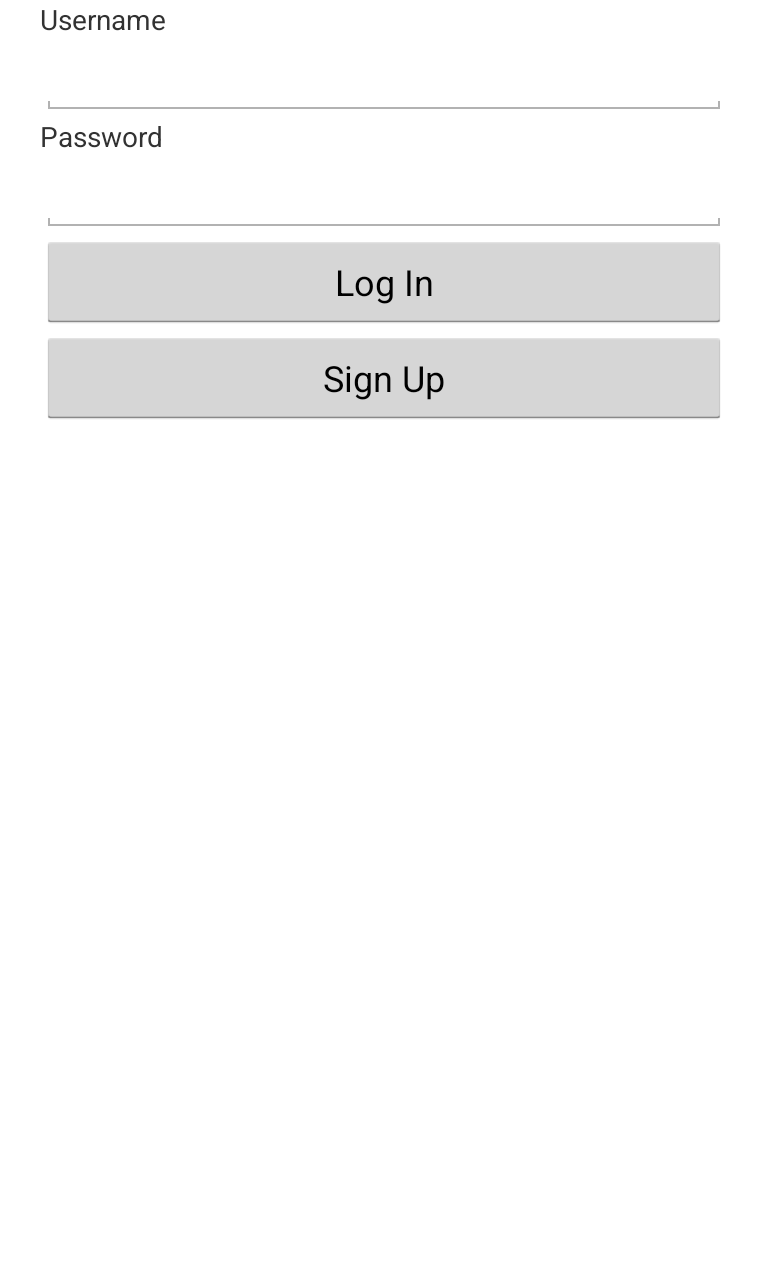
Repository: efreestone/CPM_Freestone
Layout: Project1Android/res/layout/activity_login.xml
The author's editor kept a copy of each file at every save. The layout is drawn from the files as they stood at one save, then again after the next save.
It is drawn on a 768 x 1280 px phone screen (xhdpi) without system bars, with theme AppTheme; the app's code is not run.

Above is the layout before, as saved 2014-10-02 00:58:37.

After the next save:
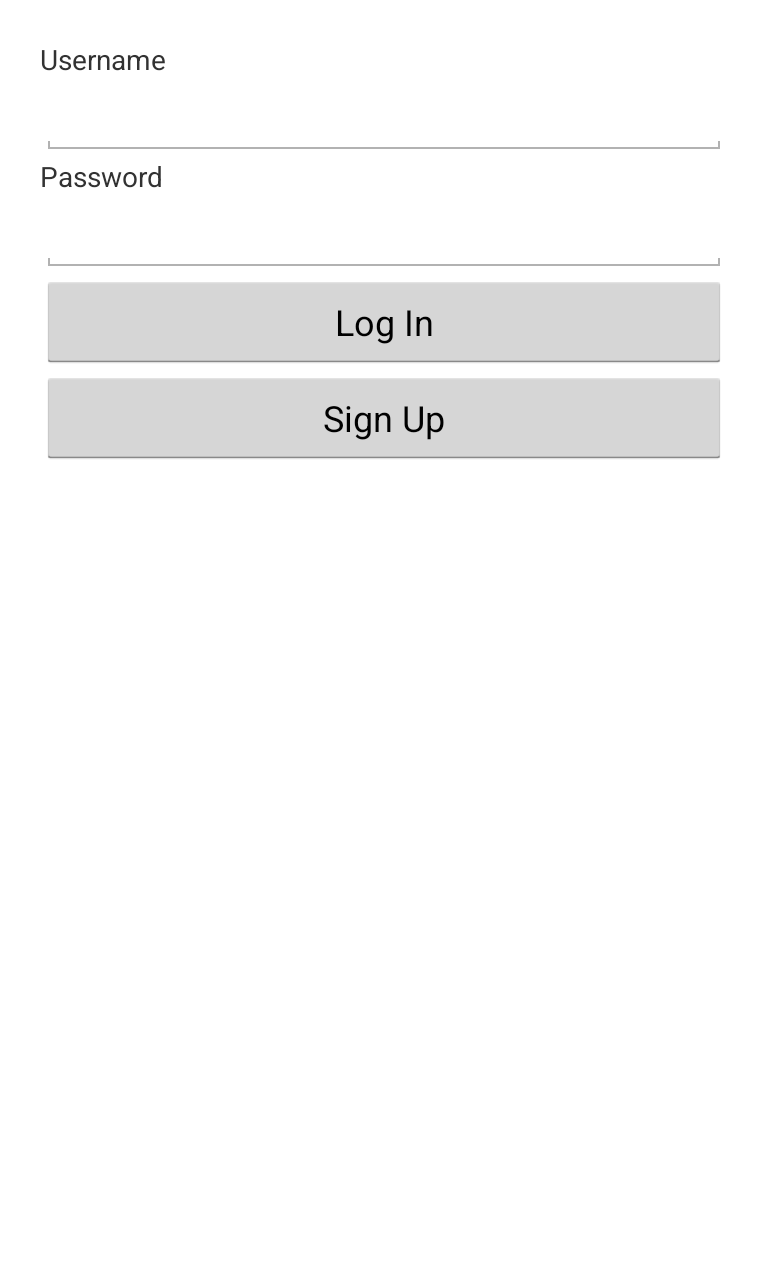
Saved 23 s later.
--- a/Project1Android/res/layout/activity_login.xml
+++ b/Project1Android/res/layout/activity_login.xml
@@ -2,8 +2,7 @@
     android:layout_width="fill_parent"
     android:layout_height="fill_parent"
     android:orientation="vertical"
-    android:paddingLeft="20dp"
-    android:paddingRight="20dp" >
+    android:padding="20dp" >
 
     <TextView
         android:id="@+id/usernameTitle"
